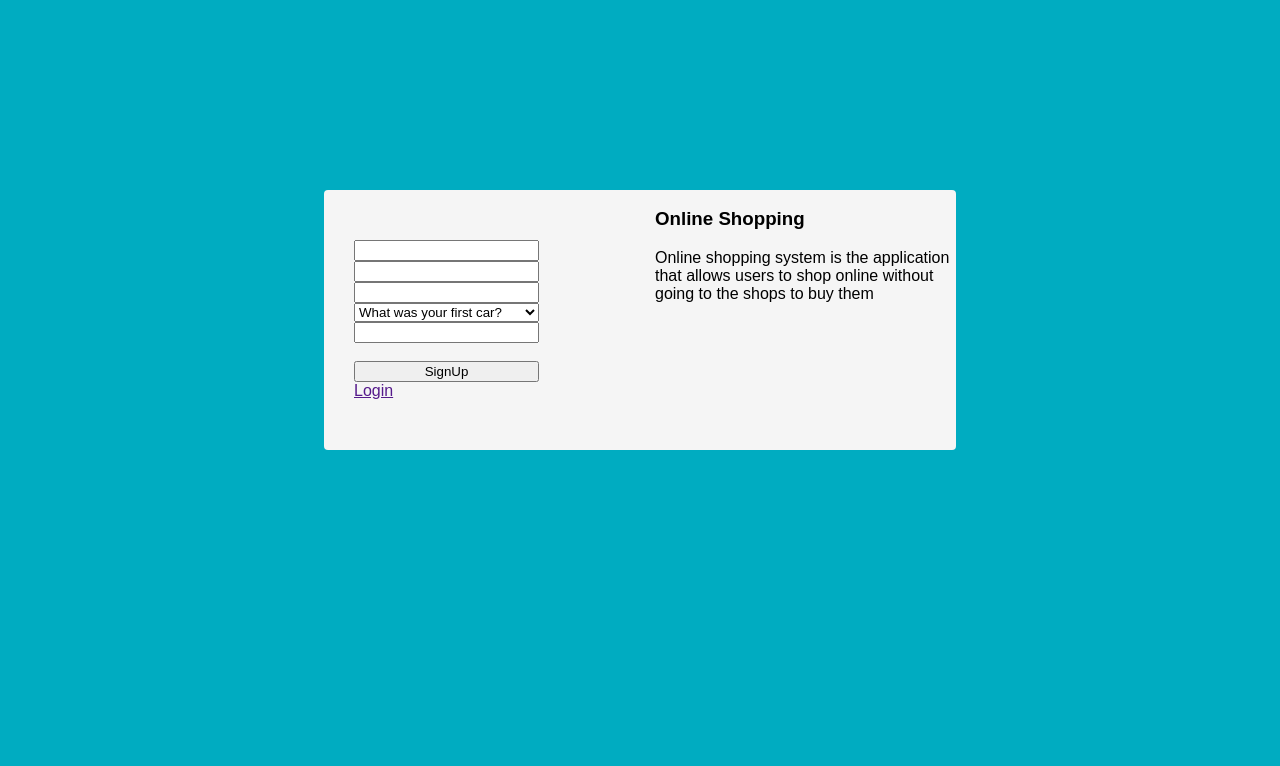
Repository: NidhiDaniel/E-Cart
Page: http://localhost/Online-Shopping-Cart/
An editor plug-in stored every save of this project. The page is shown before and after the next save, followed by the edit.
The browser window is 1280 px wide. The pictures show the whole page.
The page is served by Tomcat 9. Other server files are loaded and not shown.

Above is the page before, as saved 2024-01-03 07:21:18.

### Online-Shopping-Cart/src/main/webapp/signupform.jsp
<%@ page language="java" contentType="text/html; charset=ISO-8859-1"
	pageEncoding="ISO-8859-1"%>
<!DOCTYPE html>
<html>
<head>
<meta charset="ISO-8859-1">
<title>Add User</title>
<link rel="stylesheet" type="text/css" href="./css/sign-up.css">
</head>
<body>
	<div class="container">
		<div class="left-div">
			<form action="adduser.jsp" method="post">
				<input type="text" name="name">
				<input type="email"name="email">
				<input type="password"
					name="password">
				<select name="security_question">
					<option>What was your first car?</option>
					<option>What is your first school?</option>
					<option>What is your pet name?</option>
					<option>Who was your best friend?</option>
				</select>
				<input type="text" name="answer"><br>

				<input type="submit" value="SignUp">
			</form><br>
			<a href="">Login</a>
		</div>
		<div class="right-div">
		 <h3>Online Shopping</h3>
		 <p>Online shopping system is the application that allows users to shop online without going to the shops
		 to buy them</p>
		</div>
	</div>
</body>
</html>

### Online-Shopping-Cart/src/main/webapp/css/sign-up.css
*{
	font-family: sans-serif;
}
body{
	background: #00ACC1;
}
.container{
	width: 50%;
    background: #f5f5f5;
    margin: 15% 25% 25% 25%;
    border-radius:4px;
	display:flex;
}
.left-div{
	width:50%;
	margin:50px 0px 50px 30px;
}
.left-div form{
	display:inline-grid;
}
.right-div{
	width:50%;
}

After the next save:
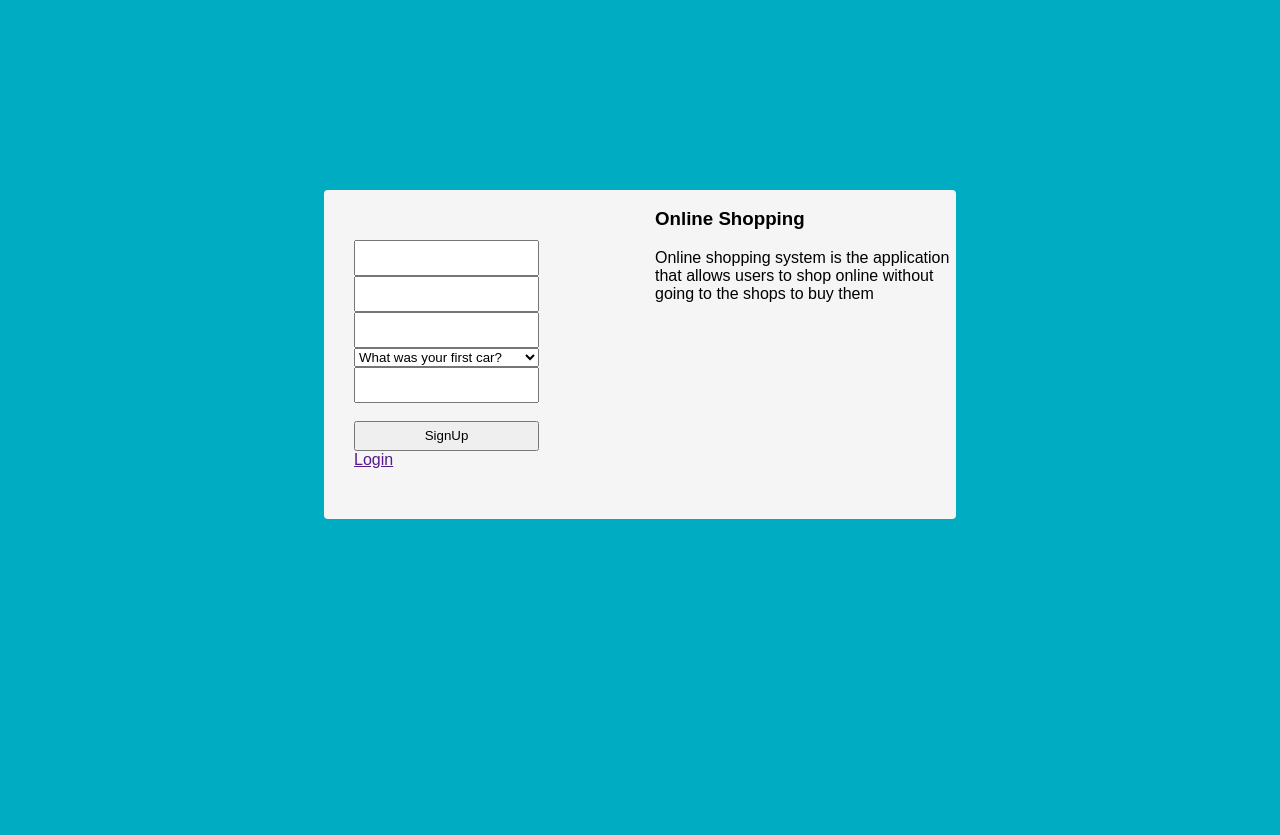
Saved 3 min 36 s later.
--- a/Online-Shopping-Cart/src/main/webapp/css/sign-up.css
+++ b/Online-Shopping-Cart/src/main/webapp/css/sign-up.css
@@ -18,6 +18,9 @@ body{
 .left-div form{
 	display:inline-grid;
 }
+ .left-div form input{
+  height:30px;
+ }
 .right-div{
 	width:50%;
 }
